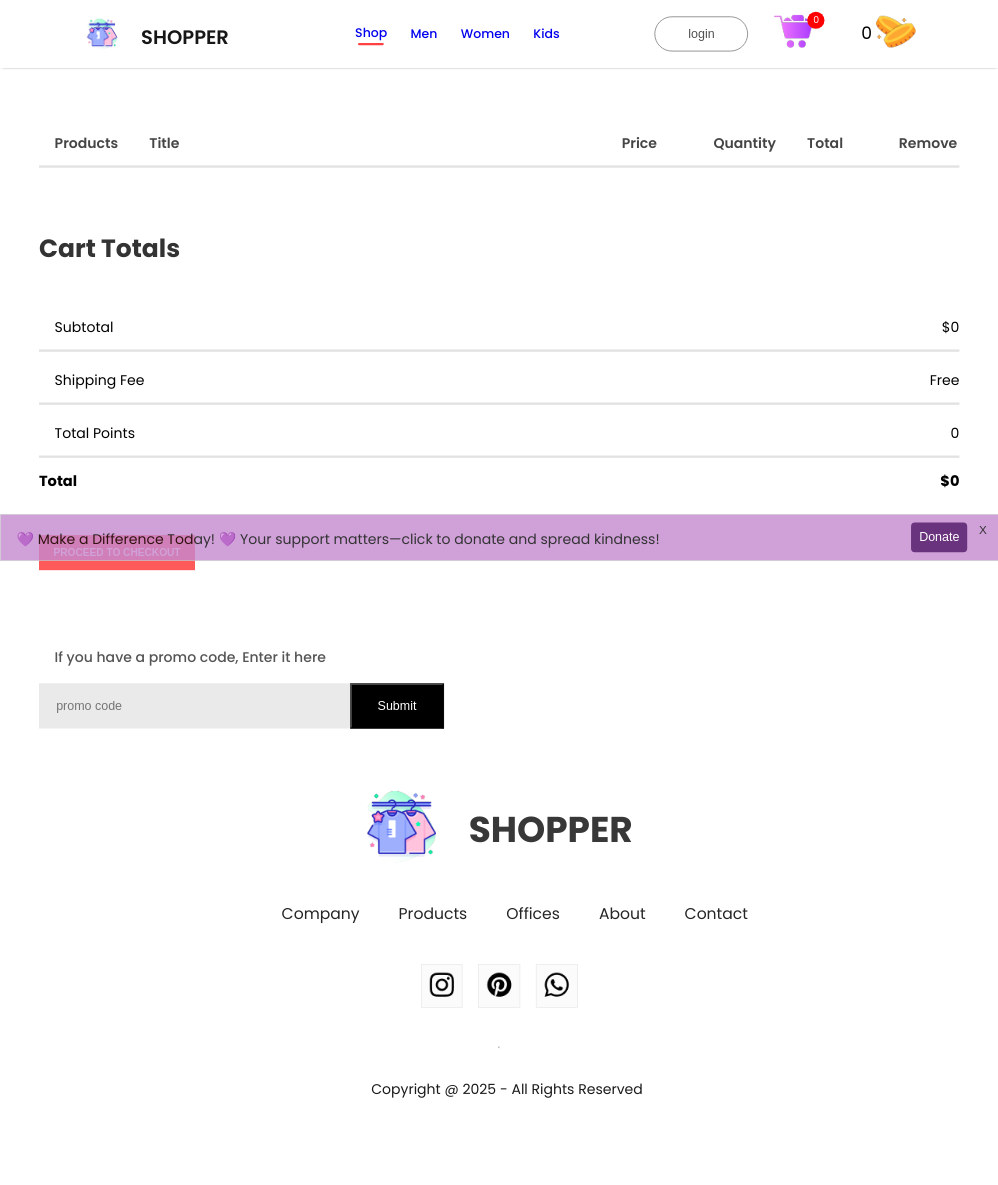
Repository: PayalJakhar/Shoppers-E-commerce-Website
Page: /cart (app in frontend/)
These files come from the project's save history. The page is drawn as it stood at one moment and after the next save; the edit follows.
The browser window is 1280 px wide. The pictures show the whole page, at 78% of full size.
The page's requests for data from a server got no answer. The project was rebuilt for these pictures with package versions that can differ from the ones it lists, and the page was loaded fresh each time. No one was signed in, and anything a server would have sent is missing. Also part of the build but not shown: frontend/src/App.css, frontend/src/Components/Hero/Hero.css, frontend/src/Components/Hero/Hero.jsx, frontend/src/Components/Popular/Popular.css, frontend/src/Components/Item/Item.css, frontend/src/Components/Item/Item.jsx, frontend/src/Components/Popular/Popular.jsx, frontend/src/Components/Offers/Offers.css and 21 more.

Above is the page before, as saved 2025-02-07 23:28:21.

After the next save:
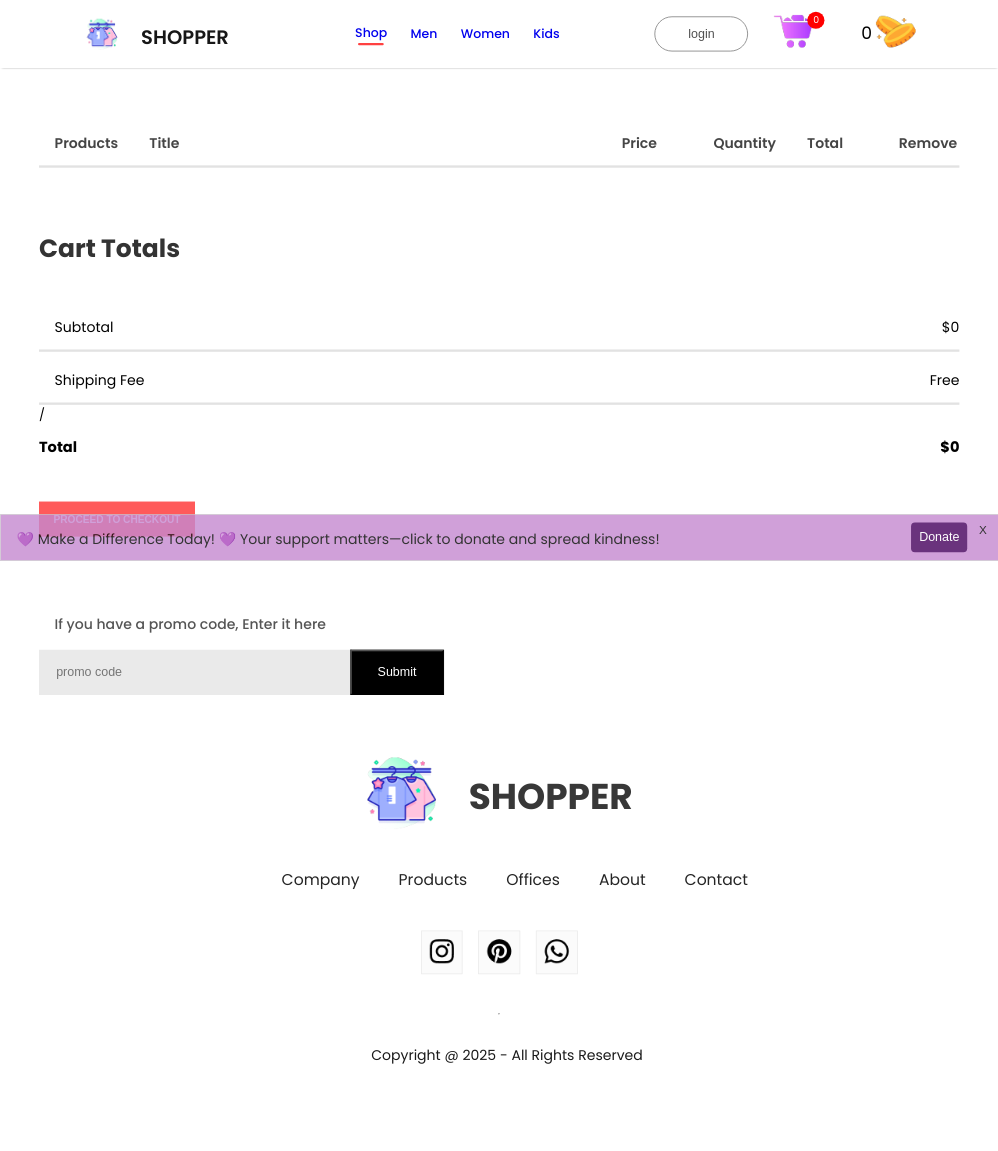
Saved 34 s later.
--- a/frontend/src/Components/CartItems/CartItems.jsx
+++ b/frontend/src/Components/CartItems/CartItems.jsx
@@ -49,11 +49,7 @@
                             <p>Free</p>
                         </div>
                         <hr />
-                        <div className="cartitems-total-item">
-                            <p>Total Points</p>
-                            <p>0</p>
-                        </div>
-                        <hr />
+                        /
                         <div className="cartitems-total-item">
                             <h3>Total</h3>
                             <h3>${getTotalCartAmount()}</h3>

After the save that followed:
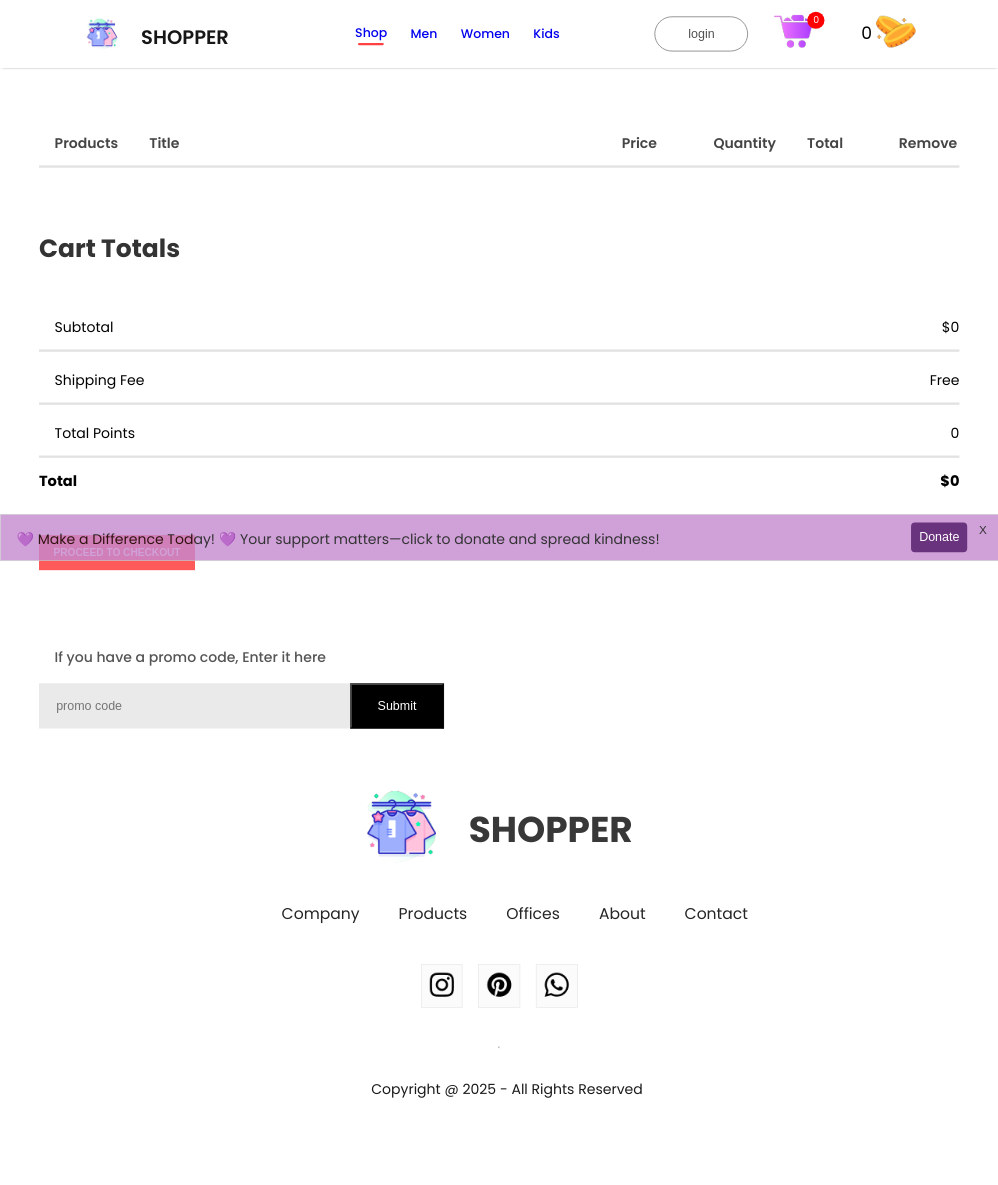
Saved 9 s later.
--- a/frontend/src/Components/CartItems/CartItems.jsx
+++ b/frontend/src/Components/CartItems/CartItems.jsx
@@ -49,7 +49,11 @@
                             <p>Free</p>
                         </div>
                         <hr />
-                        /
+                        <div className="cartitems-total-item">
+                            <p>Total Points</p>
+                            <p>0</p>
+                        </div>
+                        <hr />
                         <div className="cartitems-total-item">
                             <h3>Total</h3>
                             <h3>${getTotalCartAmount()}</h3>
